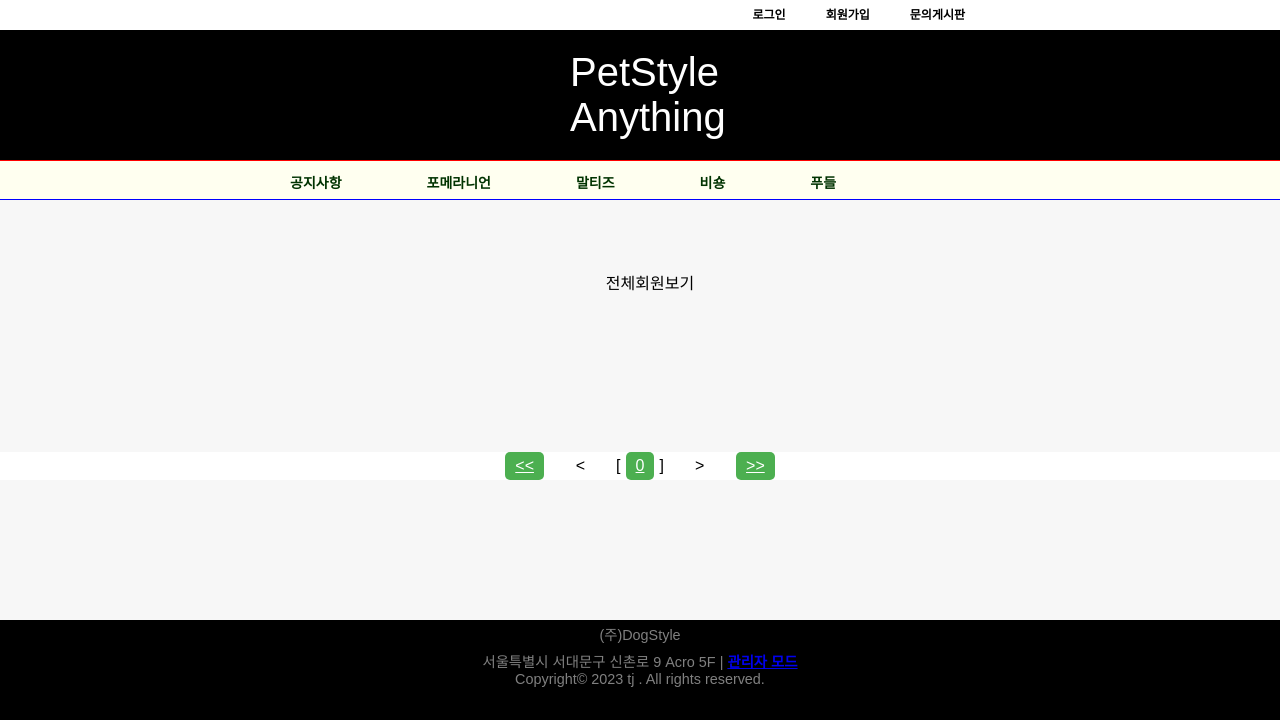
Repository: kdkk2000/Project
Page: http://localhost/petstyle/admin/allUser.jsp
The author's editor kept a copy of each file at every save. The page is drawn from the files as they stood at one save, then again after the next save.
The browser window is 1280 px wide. The pictures show the whole page.
The page is served by Tomcat 9. The template is opened directly, without the code that normally fills it, so the values that code supplies are empty.

Above is the page before, as saved 2023-03-28 06:14:40.

After the next save:
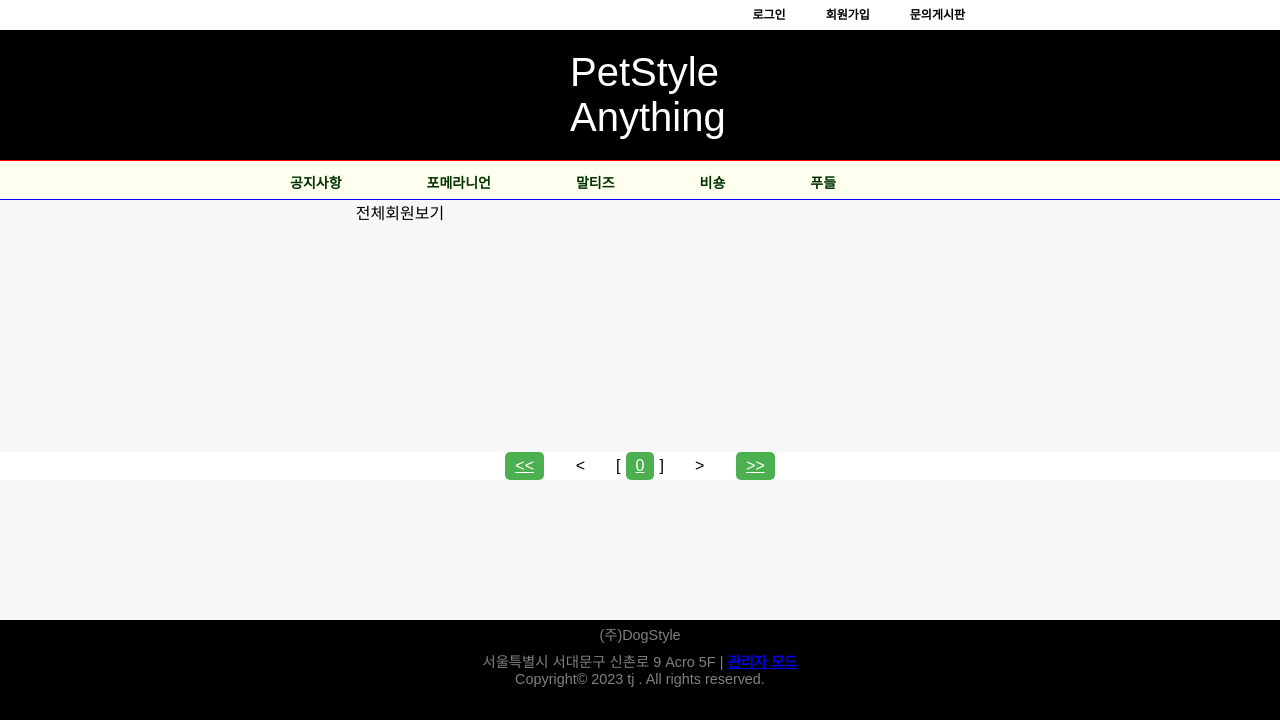
Saved 13 s later.
--- a/petstyle/WebContent/admin/allUser.jsp
+++ b/petstyle/WebContent/admin/allUser.jsp
@@ -12,9 +12,7 @@
 	<style>
 		#content_form {
 			height:430px;
-			margin: 70px auto 0px;
 			width: 800px;
-			padding-left: 20px;
 		}
 	</style>
 </head>
